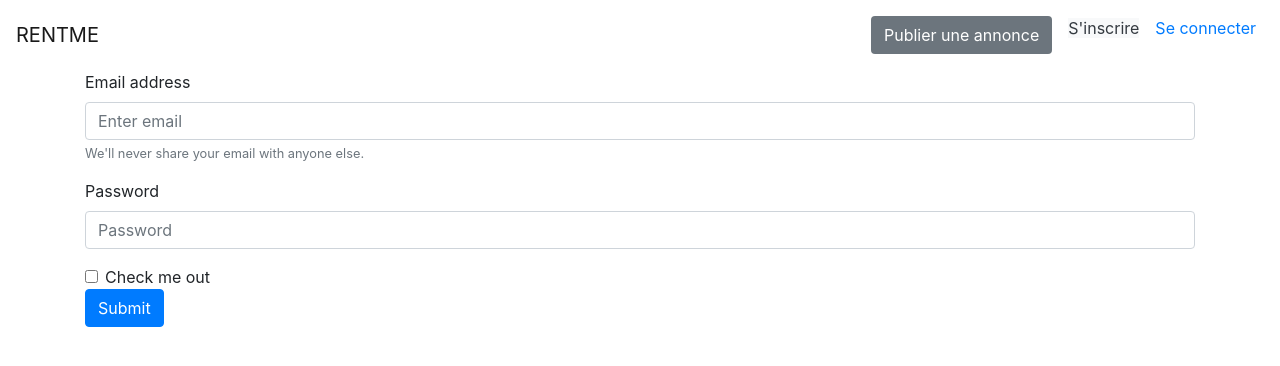
Repository: johan1412/rentme-front
Page: /login
An editor plug-in stored every save of this project. The page is shown before and after the next save, followed by the edit.
The browser window is 1280 px wide. The pictures show the whole page.
The project was rebuilt for these pictures with package versions that can differ from the ones it lists, and the page was loaded fresh each time. Also part of the build but not shown: vue.config.js, src/components/auth/Register.vue, src/components/Home.vue.

Above is the page before, as saved 2021-12-14 19:12:05.

After the next save:
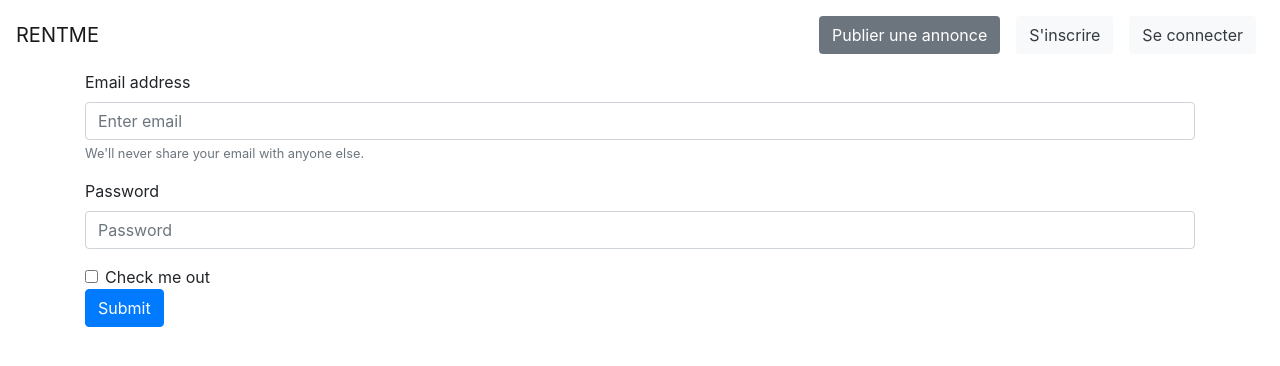
Saved 20 s later.
--- a/src/components/layouts/NavBar.vue
+++ b/src/components/layouts/NavBar.vue
@@ -5,8 +5,8 @@
     <b-collapse id="nav-collapse" is-nav>
       <b-navbar-nav class="ml-auto">
         <b-nav-item><router-link class="btn bg-secondary text-white" to="register">Publier une annonce</router-link></b-nav-item>
-        <b-nav-item><router-link class="bg-light text-dark" to="register">S'inscrire</router-link></b-nav-item>
-        <b-nav-item><router-link to="login">Se connecter</router-link></b-nav-item>
+        <b-nav-item><router-link class="btn bg-light text-dark" to="register">S'inscrire</router-link></b-nav-item>
+        <b-nav-item><router-link class="btn bg-light text-dark" to="login">Se connecter</router-link></b-nav-item>
       </b-navbar-nav>
     </b-collapse>
   </b-navbar>
